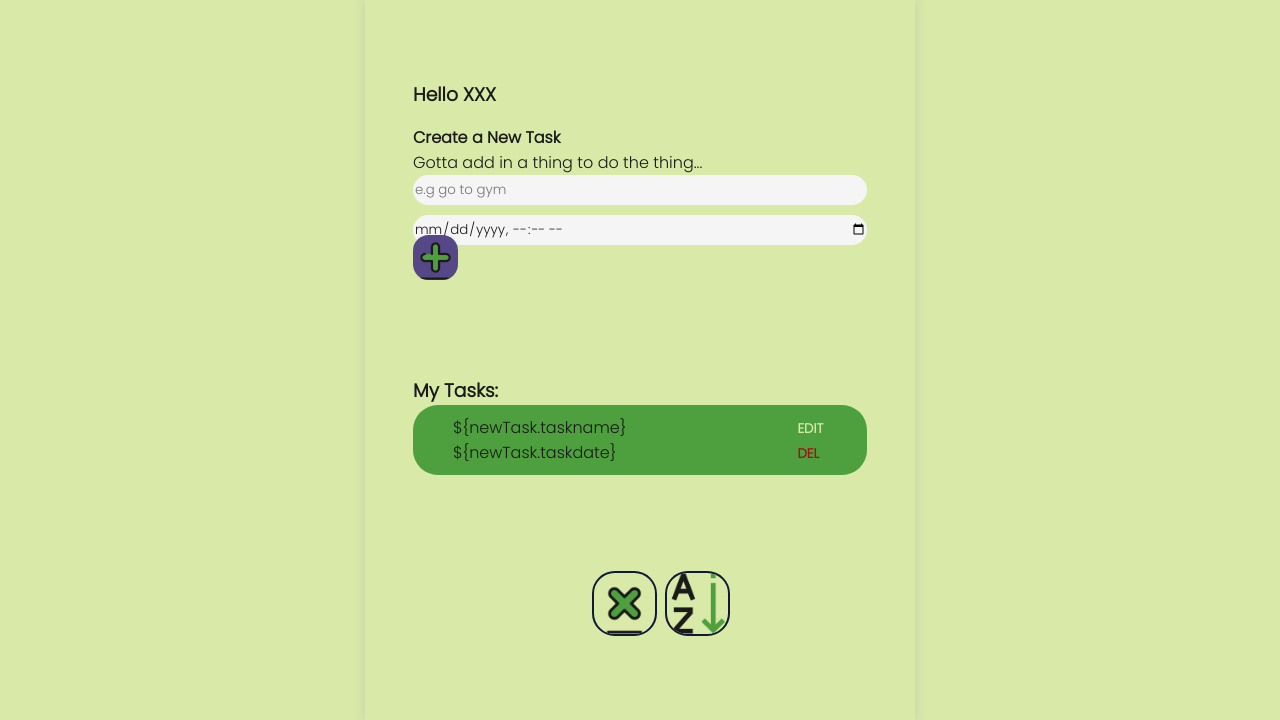
Repository: acidpixie/todo-app-version3
Page: index.html
These files come from the project's save history. The page is drawn as it stood at one moment and after the next save; the edit follows.
The browser window is 1280 px wide. The pictures show the whole page.

Above is the page before, as saved 2022-06-11 16:18:30.

### index.html
<!DOCTYPE html>
<html lang="en">
<head>
    <meta charset="UTF-8">
    <meta http-equiv="X-UA-Compatible" content="IE=edge">
    <meta name="viewport" content="width=device-width, initial-scale=1.0">
    <title>Todo Application</title>

    <link rel="stylesheet" type="text/css" href="/css/stylesheet.css">
    <script type="text/javascript" src="/js/script.js" defer></script>

    <!--google fonts - poppins-->
    <link rel="preconnect" href="https://fonts.googleapis.com">
    <link rel="preconnect" href="https://fonts.gstatic.com" crossorigin>
    <link href="https://fonts.googleapis.com/css2?family=Poppins:wght@200;300&display=swap" rel="stylesheet">


</head>
<body>

    <section>
        <header class="heading">
        <h3>Hello XXX</h3>
        </header>

        <div>
            <h4>Create a New Task</h4>
            <form>
                <label>Gotta add in a thing to do the thing...</label>
                <input type="text" class="user-input" id="input-task" placeholder="e.g go to gym">
                <p id="empty-input"></p>
                <input type="datetime-local" class="user-date" id="input-date">
                <img src="/images/add.png" type="submit" class="add-new-task" id="add-new-task-button"></img>
                </label>
            </form>
       </div>
    </section>

    <section>
        <div id="display-tasks" class="display">
            <h3>My Tasks:</h3>
            <ul class="task-item" id="task-list">
                <li class="list-item" id="list-item" data-id="${newTask.taskId}">
                    <div class="list-container">
                        <span class="list-input" id="list-input">${newTask.taskname}</span>
                        <span class="list-date-input" id="list-date-input">${newTask.taskdate}</span>
                    </div>
                    <div class="list-buttons">
                        <button class="edit-item" id="edit-item">EDIT</button>
                        <button class="delete-item" id="delete-item">DEL</button>
                    </div>
                </li>
            </ul>
        </div>
    </section>

    <section class="user-buttons" id="buttons-user">
        <img src="/images/delete.png" class="user-button" id="clear-button"></img>
        <img src="/images/sort-a-z.png" class="user-button" id="sort-button"></img>
    </section>


</body>
</html>

### css/stylesheet.css
/*color pallet
#191A19 - black
#1E5128 - dark green
#4E9F3D - light green
#D8E9A8 - whitish green gray
#f5f5f5 - white smoke
*/



* {
    box-sizing: border-box;
    font-family: "poppins", sans-serif;
    margin: 0;
}

body {
    background-color: #D8E9A8;
    color: #191A19;
    max-width: 550px;
    min-height: 100vh;
    margin: auto;
    box-shadow: 0 1px 10px 0px rgba(176, 173, 173, 0.467);
    position: relative;
}


section {
    padding: 3rem;
}

.heading {
    padding-top: 2rem;
    padding-bottom: 1rem;
}

form {
    display: flex;
    flex-direction: column;
}

input {
    height: 30px;
    border: none;
    color: #191A19;
    background-color: #f5f5f5;
    border-radius: 25px;
}

.user-date {
    margin-top: 10px;
}

li {
    display: flex;
    flex-direction: row;
    padding-left: 0;
    padding-top: 10px;
    list-style: none;
}

ul {
    height: 70px;
    background-color: #4E9F3D ;
    border-radius: 25px;
    align-items: center;
}

.edit-item {
    background-color: #4E9F3D;
    border: none;
    color: #D8E9A8;
    font-weight: 600;
    cursor: pointer;
}

.delete-item {
    background-color: #4E9F3D;
    border: none;
    color: #9a1616;
    font-weight: 600;
    cursor: pointer;
}


.user-buttons {
    display: flex;
    flex-direction: row;
    gap: 8px;
    position: absolute;
    bottom: 5%;
    right: 25%;
}

.user-button {
    display: flex;
    height: 65px;
    width: 65px;
    gap: 10px;
    border: solid 2px #101935;
    border-radius: 35%;
    cursor: pointer;

}

.add-new-task {
    height: 45px;
    width: 45px;
    font-size: 28px;
    color: #F2FDFF;
    background-color: #564787;
    margin-top: -10px;
    border: none;
    border-radius: 35%;
    cursor: pointer;

}

Loaded but not shown: js/script.js (no copy from this time; the picture is the same without it)

After the next save:
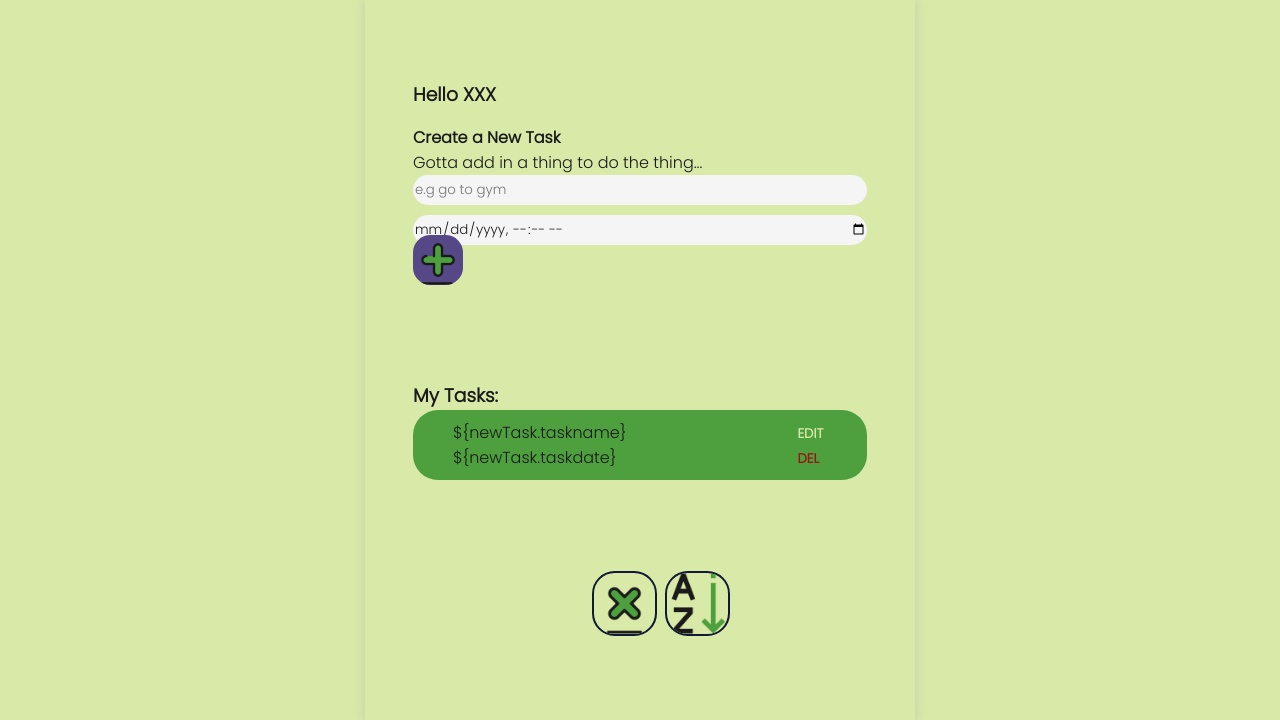
Saved 34 s later.
--- a/css/stylesheet.css
+++ b/css/stylesheet.css
@@ -104,8 +104,8 @@ ul {
 }
 
 .add-new-task {
-    height: 45px;
-    width: 45px;
+    height: 50px;
+    width: 50px;
     font-size: 28px;
     color: #F2FDFF;
     background-color: #564787;
